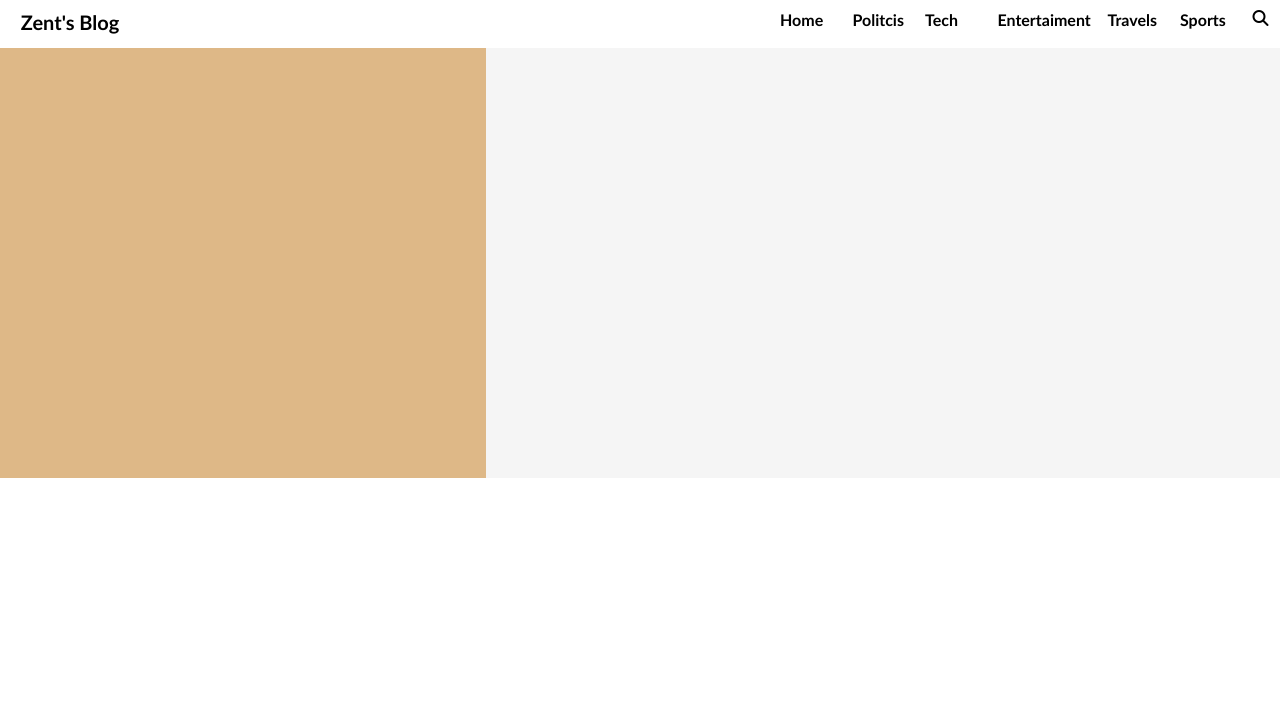
Repository: giacatdat2k5/html3
Page: html3.vs/7.1.html
The author's editor kept a copy of each file at every save. The page is drawn from the files as they stood at one save, then again after the next save.
The browser window is 1280 px wide. The pictures show the whole page.

Above is the page before, as saved 2023-09-27 13:10:57.

After the next save:
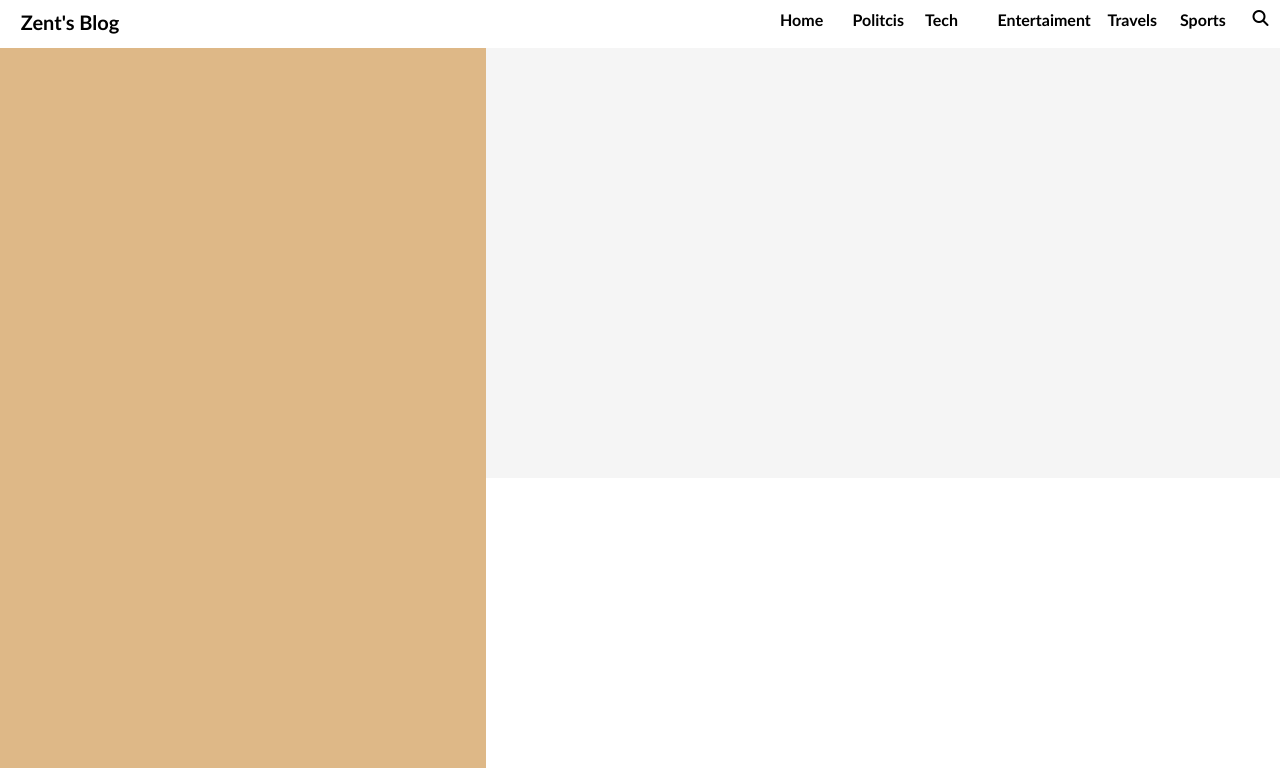
Saved 33 s later.
--- a/html3.vs/7.1.css
+++ b/html3.vs/7.1.css
@@ -36,14 +36,13 @@
     width: 100%;
     height: 430px;
     background-color:whitesmoke;
-    position: relative;
     display: flex;
 }
 .left{
     width: 38%;
     height: 100%;
     background-color: blue;
-    position: absolute;
+    position: relative;
 }
 .center{
     width: 26%;
@@ -59,5 +58,7 @@
 }
 .imageleft{
     width: 300px;
+    height: 100%;
+    position: absolute;
 }
 }

After the 2 saves that followed:
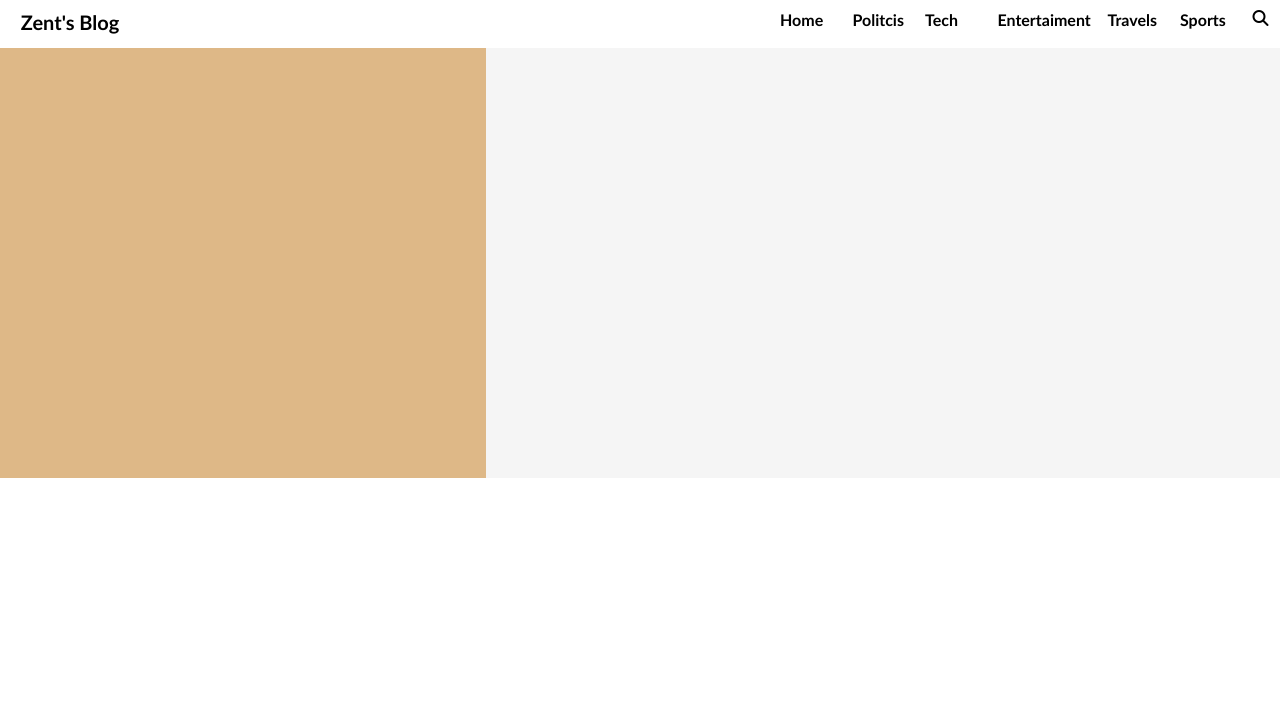
The 2 saves are shown as one change because 1 left the picture as it was.
The last was saved 35 s later.
--- a/html3.vs/7.1.css
+++ b/html3.vs/7.1.css
@@ -37,12 +37,13 @@
     height: 430px;
     background-color:whitesmoke;
     display: flex;
+    position: relative;
 }
 .left{
     width: 38%;
     height: 100%;
     background-color: blue;
-    position: relative;
+    position: absolute;
 }
 .center{
     width: 26%;
